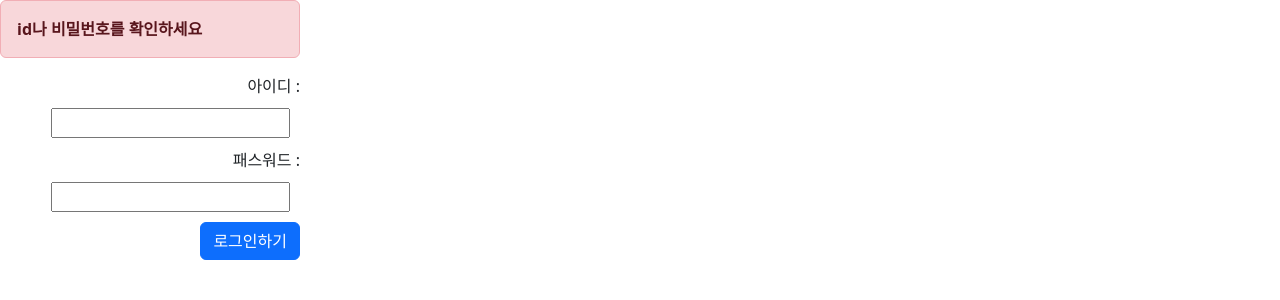
Repository: cheez0909/JSP
Page: http://localhost/1103/session/LoginProcess.jsp
The author's editor kept a copy of each file at every save. The page is drawn from the files as they stood at one save, then again after the next save.
The browser window is 1280 px wide. The pictures show the whole page.
The page is served by Tomcat 9. Other server files are loaded and not shown. Queries for data that is not in the repository find no rows.

Above is the page before, as saved 2023-11-08 06:09:31.

### 1103/src/main/webapp/session/LoginProcess.jsp
<%@page import="com.momo.dto.memberDTO"%>
<%@page import="com.momo.dao.memberDAO"%>
<%@ page language="java" contentType="text/html; charset=UTF-8"
    pageEncoding="UTF-8"%>
<!DOCTYPE html>
<html>
<head>
<meta charset="UTF-8">
<title>Insert title here</title>
</head>
<body>
<%
	/*
		1. 사용자의 요청 파라메터 수집(id, pw)
		2. DB에 등록된 사용자인지 확인
			- user테이블 생성
			- 사용자 정보 등록
	*/
	String id = request.getParameter("user_id");
	String pw = request.getParameter("user_pw");

	memberDAO members = new memberDAO();
	memberDTO memberdto = members.login(id, pw);

	members.close();

	if(memberdto != null){
		// 로그인 성공 -> 메인 페이지
		// 세션에 저장
		session.setAttribute("memberDTO", memberdto);
		session.setAttribute("user_id", id);
		response.sendRedirect("loginMain.jsp");
	} else{
		// 로그인 페이지로 이동 후 메세지 출력
		request.getRequestDispatcher("loginForm.jsp?err=1").forward(request, response);
	}

%>


</body>
</html>

### 1103/src/main/webapp/session/loginForm.jsp
<%@ page language="java" contentType="text/html; charset=UTF-8"
    pageEncoding="UTF-8"%>
<!DOCTYPE html>
<html>
<head>
<meta charset="UTF-8">
<title>Insert title here</title>
 <link href="https://cdn.jsdelivr.net/npm/bootstrap@5.3.1/dist/css/bootstrap.min.css" rel="stylesheet" integrity="sha384-4bw+/aepP/YC94hEpVNVgiZdgIC5+VKNBQNGCHeKRQN+PtmoHDEXuppvnDJzQIu9" crossorigin="anonymous">
</head>
<style>
.alert{
	width : 300px;
}
.login {
	text-align: right;
}

form {
width : 300px;
height: 450px;
}

input {
margin : 10px;
}
</style>
<body>

<%
	String err = request.getParameter("err");

	if("1".equals(request.getParameter("err"))){%>
	<div class="alert alert-danger" role="alert"><b>id나 비밀번호를 확인하세요</b></div>
	<%}
	if(err!=null){
		err = request.getParameter("err");
	}
%>
	<form action="LoginProcess.jsp" method="post" name="loginFrm" class="login"
        onsubmit="return validateForm(this);">
        아이디 : <input type="text" name="user_id" required="required"/><br />
        패스워드 : <input type="password" name="user_pw" required="required"/><br />
        <button type="submit" class="btn btn-primary" value="로그인하기">로그인하기</button>
    </form>
     <script src="https://cdn.jsdelivr.net/npm/bootstrap@5.3.1/dist/js/bootstrap.bundle.min.js" integrity="sha384-HwwvtgBNo3bZJJLYd8oVXjrBZt8cqVSpeBNS5n7C8IVInixGAoxmnlMuBnhbgrkm" crossorigin="anonymous"></script>
</body>
</html>

### 1103/src/main/java/com/momo/DBConnectionPool.java
package com.momo;

import java.sql.Connection;
import java.sql.PreparedStatement;
import java.sql.ResultSet;
import java.sql.SQLException;
import java.sql.Statement;

import javax.naming.Context;
import javax.naming.InitialContext;
import javax.naming.NamingException;
import javax.sql.DataSource;



public class DBConnectionPool {
	public Connection con;
	public Statement stmtl;
	public PreparedStatement pstmt;
	public ResultSet rs;


	public DBConnectionPool(){
		try {
			// JNDI를 통해 커넥션풀 얻어오기
			Context initContext = new InitialContext();
			Context envContext  = (Context)initContext.lookup("java:/comp/env");
			DataSource ds = (DataSource)envContext.lookup("jdbc/myoracle");

			// 커넥션풀을 통해 연결 객체 얻기
			con = ds.getConnection();

		} catch (NamingException e) {
			System.out.println("==================DBConnectionPool NamingException");
			e.printStackTrace();
		}	catch (SQLException e) {
			System.out.println("==================DBConnectionPool SQLException");
			e.printStackTrace();
		}
	}

	// 자원 반납
	public void close() {
		try {
		if(rs!=null) rs.close();
		if(pstmt!=null) pstmt.close();
		if(stmtl!=null) stmtl.close();
		if(con!=null) con.close();
		} catch(Exception e) {
			System.out.println("자원반납 중 예외가 발생하였습니다.");
			e.printStackTrace();
		}

	}

}

### 1103/src/main/java/com/momo/dao/memberDAO.java
package com.momo.dao;

import java.sql.SQLException;

import com.momo.DBConnectionPool;
import com.momo.dto.memberDTO;

public class memberDAO extends DBConnectionPool{

	//public memberDTO login(memberDTO member)
	public memberDTO login(String id, String pw) {
		try {
			memberDTO members = new memberDTO();


			String sql = "select *\r\n"
					+ "from member\r\n"
					+ "where id= ? and pass= ? ";

			pstmt = con.prepareStatement(sql);

			pstmt.setString(1, id);
			pstmt.setString(2, pw);

			rs = pstmt.executeQuery();

			//while(rs.next()) {
			//	for(int i=1; i<=rs.getMetaData().getColumnCount(); i++) {
			//		rs.getString(i);
			//	}
			//}

			if(rs.next()) {
				members.setId(rs.getString("ID"));
				members.setPass(rs.getString("PASS"));
				members.setName(rs.getString("NAME"));
				members.setRegidate(rs.getString("REGIDATE"));
				return members;
			} else {
				return null;
			}


		} catch (SQLException e) {
			e.printStackTrace();
			return null;
		}
	}
}

### 1103/src/main/java/com/momo/dto/memberDTO.java
package com.momo.dto;

public class memberDTO {

	public String id;
	public String pass;
	public String name;
	public String regidate;

	public String getId() {
		return id;
	}
	public void setId(String id) {
		this.id = id;
	}
	public String getPass() {
		return pass;
	}
	public void setPass(String pass) {
		this.pass = pass;
	}
	public String getName() {
		return name;
	}
	public void setName(String name) {
		this.name = name;
	}
	public String getRegidate() {
		return regidate;
	}
	public void setRegidate(String regidate) {
		this.regidate = regidate;
	}



}

After the next save:
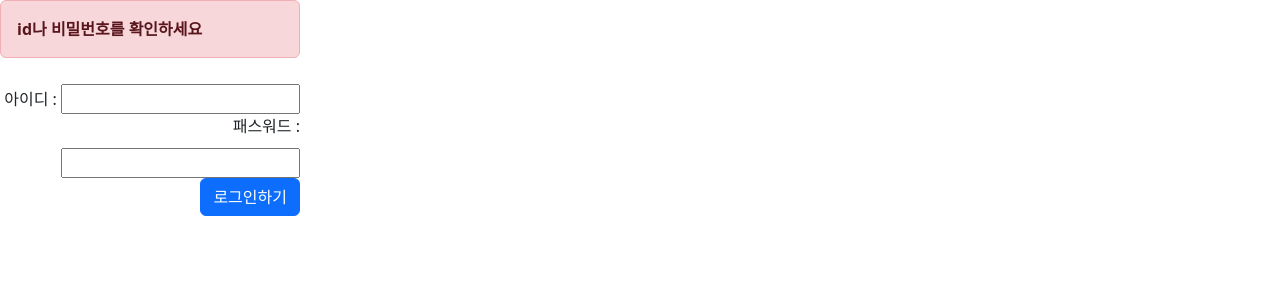
Saved 11 s later.
--- a/1103/src/main/webapp/session/loginForm.jsp
+++ b/1103/src/main/webapp/session/loginForm.jsp
@@ -21,7 +21,7 @@ height: 450px;
 }
 
 input {
-margin : 10px;
+margin-top : 10px;
 }
 </style>
 <body>
